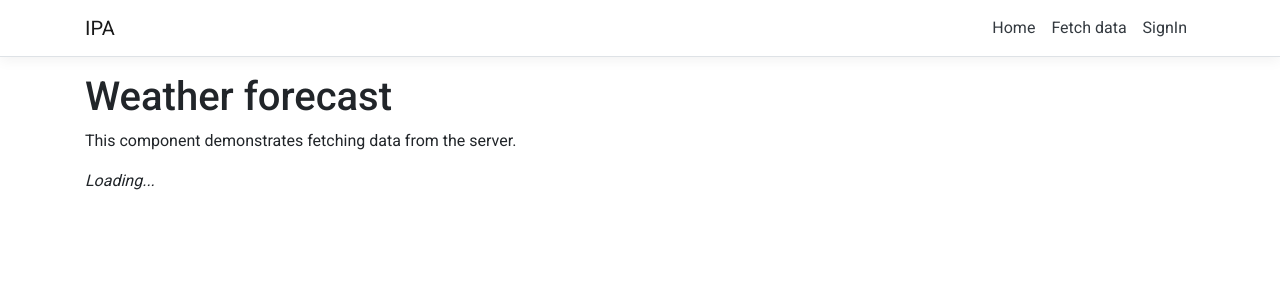
Repository: maksymiu4e/InternetPhotoAlbum
Page: /fetch-data (app in InternetPhotoAlbum/ClientApp/)
An editor plug-in stored every save of this project. The page is shown before and after the next save, followed by the edit.
The browser window is 1280 px wide. The pictures show the whole page.
The page's requests for data from a server got no answer. The project was rebuilt for these pictures with package versions that can differ from the ones it lists, and the page was loaded fresh each time. No one was signed in, and anything a server would have sent is missing. Also part of the build but not shown: InternetPhotoAlbum/ClientApp/angular.json.

Above is the page before, as saved 2021-06-07 22:46:34.

After the next save:
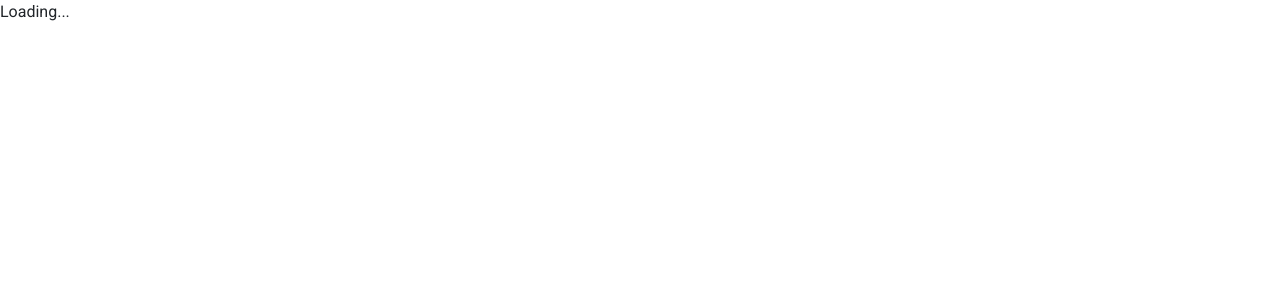
Saved 2 min 53 s later.
--- a/InternetPhotoAlbum/ClientApp/src/app/nav-menu/nav-menu.component.html
+++ b/InternetPhotoAlbum/ClientApp/src/app/nav-menu/nav-menu.component.html
@@ -33,7 +33,7 @@
             >
           </li>
           <li class="nav-item" [routerLinkActive]="['link-active']">
-            <a class="nav-link text-dark" [routerLink]="['/counter']"
+            <a class="nav-link text-dark" [routerLink]="['/sign-in]"
               >SignIn</a
             >
           </li>

After the save that followed:
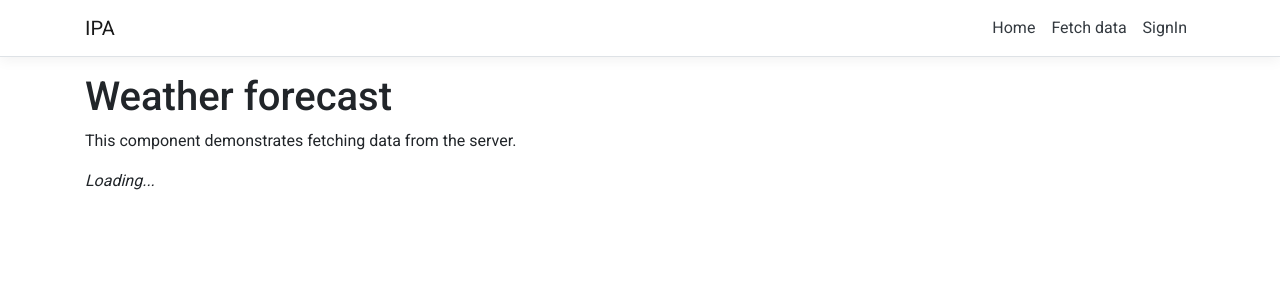
Saved 18 s later.
--- a/InternetPhotoAlbum/ClientApp/src/app/nav-menu/nav-menu.component.html
+++ b/InternetPhotoAlbum/ClientApp/src/app/nav-menu/nav-menu.component.html
@@ -33,7 +33,7 @@
             >
           </li>
           <li class="nav-item" [routerLinkActive]="['link-active']">
-            <a class="nav-link text-dark" [routerLink]="['/sign-in]"
+            <a class="nav-link text-dark" [routerLink]="['/sign-in']"
               >SignIn</a
             >
           </li>
